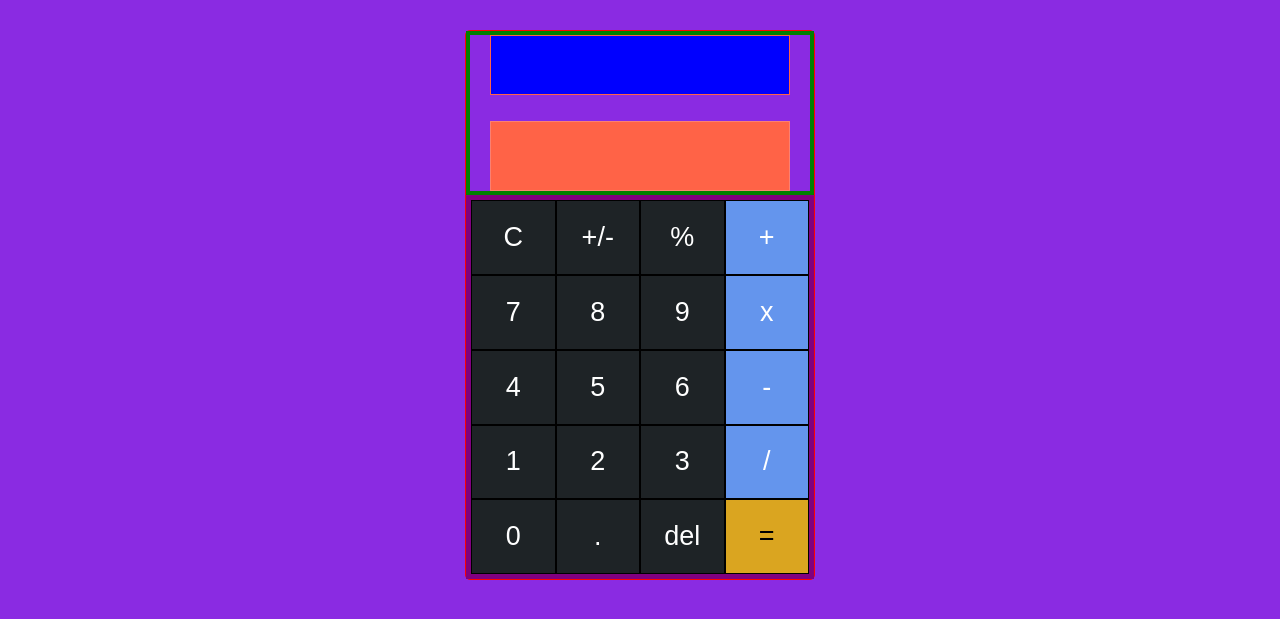
Repository: OfirLana/Calculator
Page: index.html
These files come from the project's save history. The page is drawn as it stood at one moment and after a run of saves; the edit follows.
The browser window is 1280 px wide. The pictures show the whole page.

Above is the page before, as saved 2019-03-12 22:30:52.

### index.html
<!DOCTYPE html>
<html lang="en">

<head>
    <meta charset="UTF-8">
    <meta name="viewport" content="width=device-width, initial-scale=1.0">
    <meta http-equiv="X-UA-Compatible" content="ie=edge">
    <link href="https://fonts.googleapis.com/css?family=Lato:100,300,400,700,900" rel="stylesheet">
    <title>Document</title>
    <link rel="stylesheet" href="style.css">
</head>

<body>
    <div class="calculator">
        <div class="output_box">
            <div class="main_output">



            </div>
            <div class="sub_output">



            </div>
        </div>


        <div class="opeartor_box">
            <button class="btn dlt">C</button>
            <button class="btn">+/-</button>
            <button class="btn ">%</button>
            <button class="btn op">+</button>
            <button class="btn">7</button>
            <button class="btn">8</button>
            <button class="btn">9</button>
            <button class="btn op">x</button>
            <button class="btn">4</button>
            <button class="btn">5</button>
            <button class="btn">6</button>
            <button class="btn op">-</button>
            <button class="btn">1</button>
            <button class="btn">2</button>
            <button class="btn">3</button>
            <button class="btn op">/</button>
            <button class="btn">0</button>
            <button class="btn">.</button>
            <button class="btn">del</button>
            <button class="btn sum">=</button>


        </div>








    </div>
    <script src="index.js"></script>
</body>

</html>

### style.css
* {
    margin: 0;
    padding: 0;
    box-sizing: border-box;
}

html {
    font-size: 62.5%;
}

body {
    font-family: "Lato", sans-serif;
    font-size: 1.6rem;
    color: #777;
    padding: 3rem;
    background:blueviolet;
}

.calculator {
    display: flex;
    flex-direction: column;
    margin: 0 auto;
    width: 35rem;
    height: 55rem;
    border: 1px solid red;
    border-radius: 5px;
}

.output_box {
    display: flex;
    flex-direction: column;
    flex-basis: 30%;
    border: 4px solid green;
    width: 100%;
    justify-content: space-between;
    padding:0px 20px;
    color:white;
    font-size:19px;
}

.main_output {
    display: flex;
    border: 1px solid blue;
    height: 6rem;
    /* background:blue; */
  border:1px solid tomato;
    width:100%;
    background:blue;
    text-align:end;
    overflow: hidden;
}






.sub_output {
    display: flex;
    border: 1px solid salmon;
    height: 7rem;
    /* background:red; */
    display:flex;
    align-items: center;
    overflow: hidden;
    background:tomato;
}

.opeartor_box{
    display:flex;
    /* flex-direction: column; */
    flex-wrap:wrap;
    width:100%;
    border:5px solid purple;
    flex-basis:70%;
}

.btn{
    width:25%;
    height:20%;
    background:#1E2326;
    border: 1px solid black;
    color:white;
    font-size:27px;
    font-weight:100;
}

.btn:active{
    background:blue;
    border:1px solid black;
}

.op {
    background:cornflowerblue;
}

.sum{
    background:goldenrod;
    color:black;
}

Loaded but not shown: index.js (no copy from this time; the picture is the same without it)

After the next 3 saves:
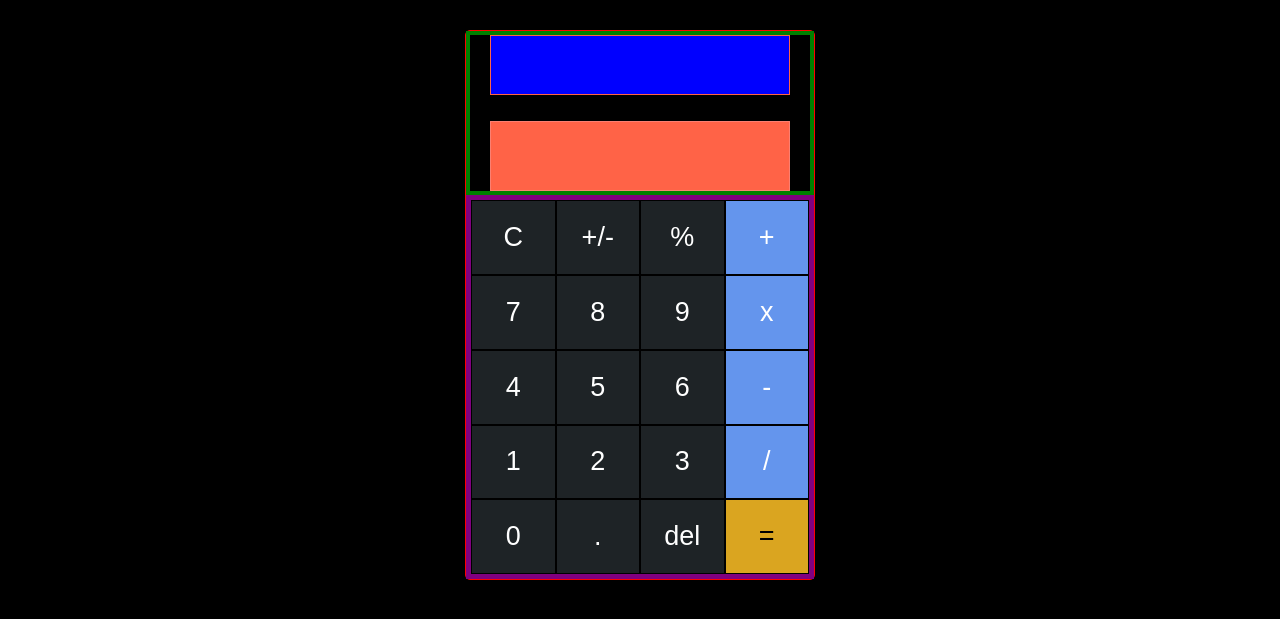
The 3 saves are shown as one change because they came seconds apart.
The last was saved 13 s later.
--- a/style.css
+++ b/style.css
@@ -13,7 +13,7 @@ body {
     font-size: 1.6rem;
     color: #777;
     padding: 3rem;
-    background:blueviolet;
+    background:black;
 }
 
 .calculator {
